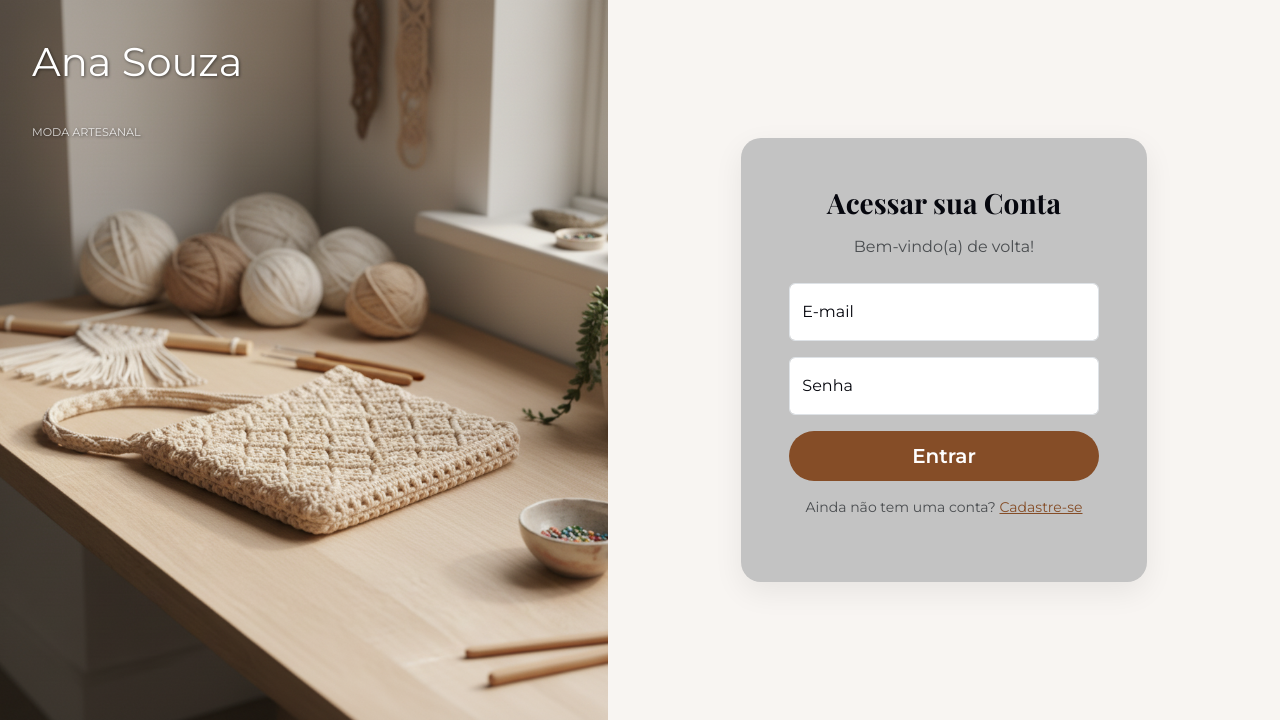
Repository: Lucascsg/projeto-anasouza-frontend
Page: login.html
An editor plug-in stored every save of this project. The page is shown before and after the next save, followed by the edit.
The browser window is 1280 px wide. The pictures show the whole page.

Above is the page before, as saved 2025-10-21 23:20:08.

After the next save:
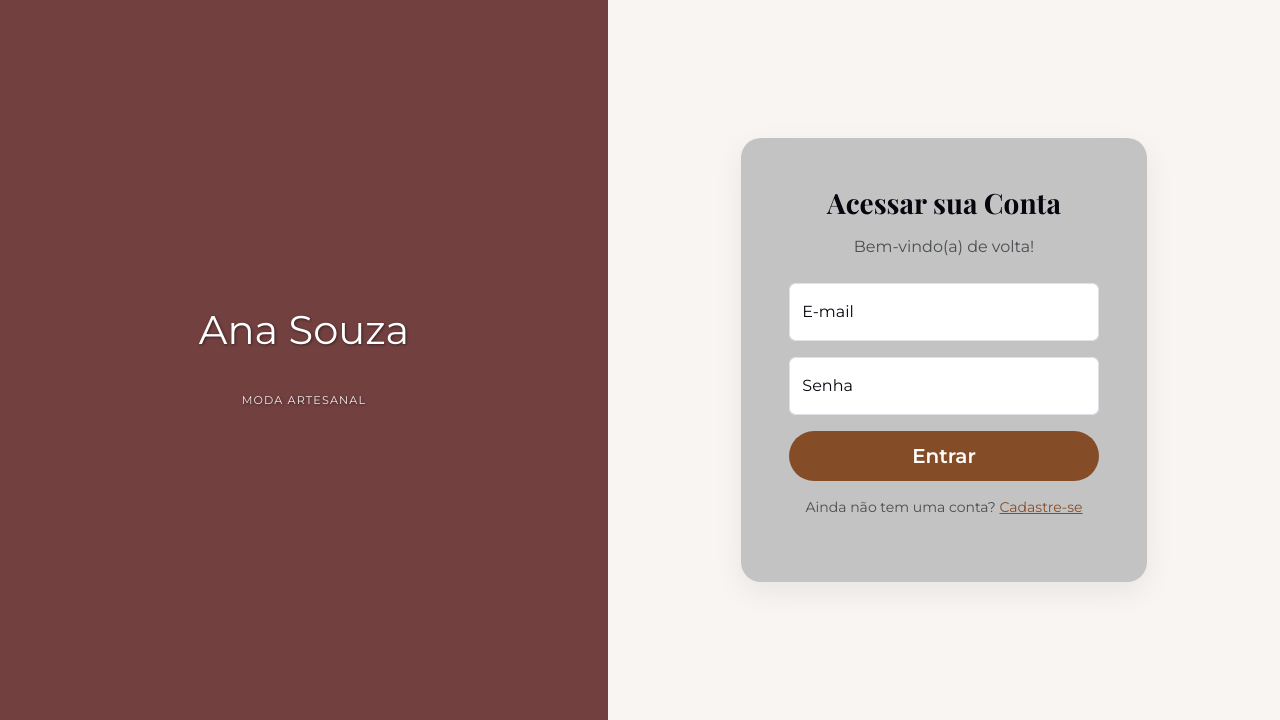
Not found: imagens/auth-background.jpg
Saved 3 min 8 s later.
--- a/login.html
+++ b/login.html
@@ -12,61 +12,71 @@
     <link href="https://fonts.googleapis.com/css2?family=Montserrat:wght@400;500;600&family=Playfair+Display:wght@700&family=Great+Vibes&display=swap" rel="stylesheet">
     <style>
         /* Estilo para garantir altura total e split screen */
-        body, html { height: 100%; margin: 0; overflow: hidden; /* Evita scroll desnecessário */ }
-        .split-container { display: flex; min-height: 100vh; }
-        .split-image {
-            background: url('imagens/backlog4.png') no-repeat center center/cover; /* SUA NOVA IMAGEM AQUI */
-            flex: 1;
-            position: relative; /* Para posicionar o logo sobre a imagem */
-        }
-        .split-form {
-            flex: 1;
-            display: flex;
-            align-items: center;
-            justify-content: center;
-            padding: 2rem;
-            background-color: var(--cor-fundo-claro); /* Fundo bege claro para a parte do form */
-            overflow-y: auto; /* Permite scroll se o form for muito grande */
-        }
-        /* Posicionamento do logo na imagem (apenas desktop) */
-        .image-logo {
-            position: absolute;
-            top: 2rem;
-            left: 2rem;
-            z-index: 10;
-        }
-        .image-logo .logo-text {
-            color: #FFFFFF !important; /* Logo branco sobre a imagem */
-            text-shadow: 1px 1px 3px rgba(0,0,0,0.5); /* Sombra para legibilidade */
-        }
-        .image-logo .logo-subtitle {
-            color: rgba(255,255,255,0.8) !important;
-        }
+body, html { height: 100%; margin: 0; overflow: hidden; }
+.split-container { display: flex; min-height: 100vh; }
+.split-image {
+    background: url('imagens/auth-background.jpg') no-repeat center center/cover; /* SUA IMAGEM AQUI */
+    flex: 1;
+    position: relative; /* Necessário para o overlay e o logo */
+    display: flex; /* Para centralizar o logo */
+    align-items: center;
+    justify-content: center;
+}
+.split-form {
+    flex: 1;
+    display: flex;
+    align-items: center;
+    justify-content: center;
+    padding: 2rem;
+    background-color: var(--cor-fundo-claro);
+    overflow-y: auto;
+}
 
-        /* Ajuste para telas menores */
-        @media (max-width: 767px) {
-            .split-container { flex-direction: column; }
-            .split-image {
-                min-height: 250px;
-                flex: none;
-                display: flex; /* Para centralizar o logo */
-                align-items: center;
-                justify-content: center;
-                position: relative;
-            }
-            .image-logo {
-                position: static; /* Remove o posicionamento absoluto para centralizar */
-                top: auto; left: auto;
-                text-align: center;
-            }
-            .split-form { padding: 1.5rem; }
-            .form-logo { display: block !important; } /* Mostra o logo no form para mobile */
-            .image-logo { display: none; } /* Esconde o logo na imagem para mobile */
-        }
-        /* Para telas maiores (desktop), esconde o logo do formulário */
-        @media (min-width: 768px) {
-            .form-logo { display: none; }
-        }
+/* --- NOVO: Overlay sobre a imagem --- */
+.split-image::before {
+    content: '';
+    position: absolute;
+    top: 0;
+    left: 0;
+    width: 100%;
+    height: 100%;
+    background: rgba(0, 0, 0, 0.35); /* Camada escura com 35% de opacidade */
+    z-index: 1; /* Fica entre a imagem e o logo */
+}
+
+/* --- ATUALIZADO: Logo centralizado --- */
+.image-logo {
+    position: relative; /* Mudado de absolute para relative */
+    z-index: 2; /* Fica na frente do overlay */
+    text-align: center; /* Centraliza o texto */
+}
+.image-logo .logo-text {
+    font-size: 3.5rem; /* Aumenta o tamanho do logo */
+    color: #FFFFFF !important;
+    text-shadow: 1px 1px 3px rgba(0,0,0,0.5);
+}
+.image-logo .logo-subtitle {
+    font-size: 0.8rem; /* Ajusta o tamanho do subtítulo */
+    color: rgba(255,255,255,0.9) !important;
+    letter-spacing: 0.1em;
+}
+
+/* Ajuste para telas menores continua igual */
+@media (max-width: 767px) {
+    .split-container { flex-direction: column-reverse; }
+    .split-image {
+        min-height: 250px; flex: none;
+        align-items: center; justify-content: center;
+    }
+    .image-logo { /* Logo na imagem é escondido no mobile */
+         display: none;
+    }
+    .split-form { padding: 1.5rem; }
+    .form-logo { display: block !important; }
+}
+@media (min-width: 768px) {
+    .form-logo { display: none; }
+}
     </style>
 </head>
 <body>
